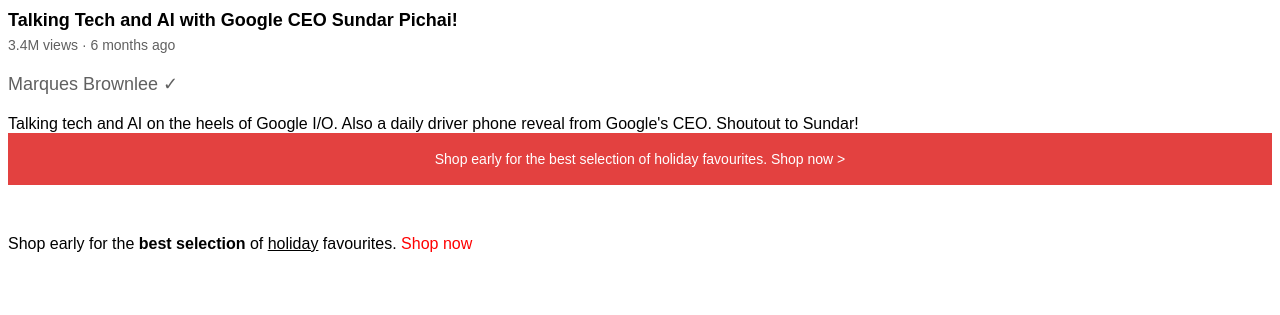
Repository: knowledgeAlan/html-css-five
Page: text.html
These files come from the project's save history. The page is drawn as it stood at one moment and after the next save; the edit follows.
The browser window is 1280 px wide. The pictures show the whole page.

Above is the page before, as saved 2024-02-28 19:07:19.

### text.html
<style>
    p{
        font-family: Arial;
        margin-top: 0;
        margin-bottom: 0;
    }

    .video-stats{
        font-size: 14px;
        color: rgb(96, 96, 96);
        margin-bottom: 20px;
    }

    .video-title {
        font-weight: bold;
        font-size: 18px;
        width: 280 px;
        line-height: 24px;
        margin-bottom: 5px ;
    }

    .video-author {
        font-size: 18px;
        color: rgb(96, 96, 96);
        margin-bottom: 20px ;
    }

    .video-description {
        font-size: 14px;
        color: rgb(96, 96, 96);
        width: 280px;
        line-height: 22px;
        margin-bottom: 100px;
    }


    .apple-text {
        margin-bottom: 50px;
        font-size: 14px;
        background-color: rgb(227, 65, 64);
        color: white;
        text-align: center;
        padding-top: 18px;
        padding-bottom: 18px;
    }


    .span-example {
        color:red;
    }

    .span-example:hover{
        text-decoration: underline;
    }

    .shop-link {
        cursor: pointer;
    }

    .shop-link:hover{
        text-decoration: underline;
    }

</style>


<p class="video-title">
    Talking Tech and AI with Google CEO Sundar Pichai!
</p>

<p class="video-stats">
    3.4M views &#183; 6 months ago
</p>


<p class="video-author">
    Marques Brownlee &#10003;
</p>

<p class="video-decription">
    Talking tech and AI on the heels of Google I/O. Also a daily driver phone reveal from Google's CEO. Shoutout to Sundar!
</p>

<p class="apple-text">
    Shop early for the best selection of holiday favourites. <span class="shop-link">Shop now &#62;</span>
</p>

<p>
    Shop early for the <strong>best selection</strong> of <u>holiday</u> favourites. <span class="span-example">Shop now</span>
</p>

After the next save:
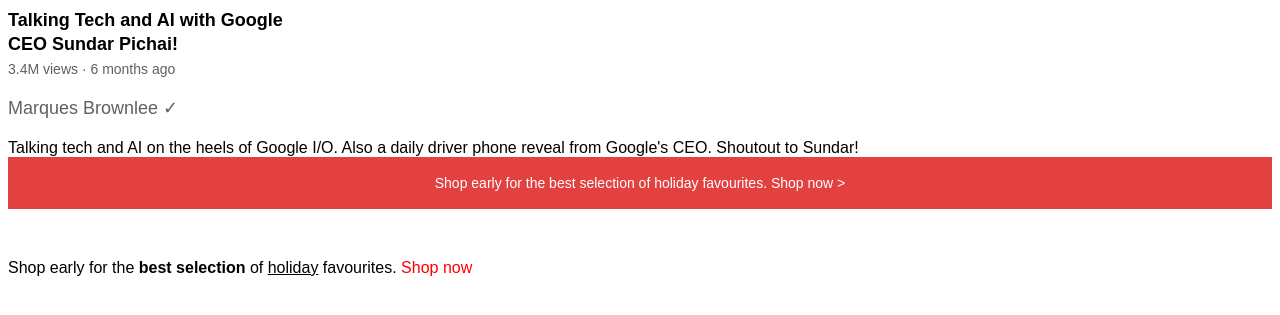
Saved 46 s later.
--- a/text.html
+++ b/text.html
@@ -14,7 +14,7 @@
     .video-title {
         font-weight: bold;
         font-size: 18px;
-        width: 280 px;
+        width: 280px;
         line-height: 24px;
         margin-bottom: 5px ;
     }
